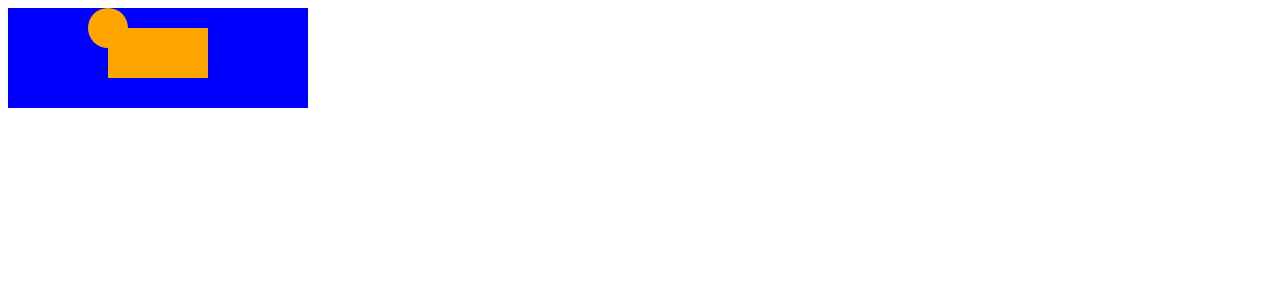
Repository: ajaytech/D3-sample-code
Page: D3 codes/D3GeometricalShape.html
The author's editor kept a record of every edit. The page is drawn from the files as they stood at one moment, then again after the next edit.
The browser window is 1280 px wide. The pictures show the whole page.

Above is the page before.

After the next edit:
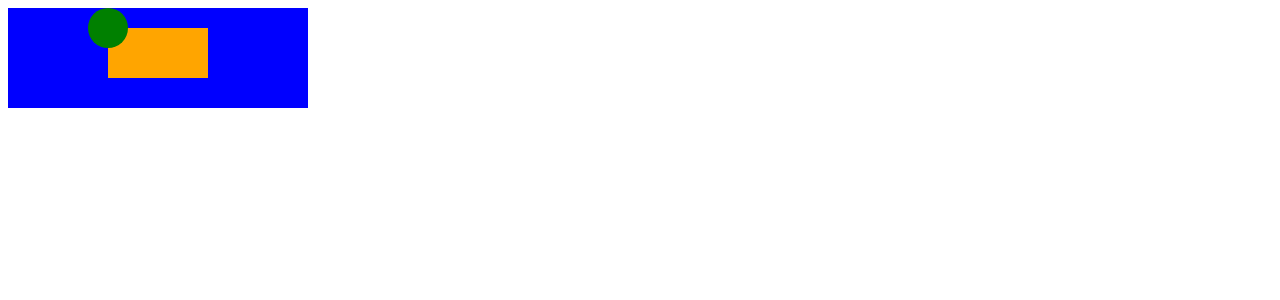
The edit:
--- a/D3 codes/D3GeometricalShape.html
+++ b/D3 codes/D3GeometricalShape.html
@@ -21,7 +21,7 @@
             .attr("r","20px")
             .attr("cx","100px")
             .attr("cy","20px")
-            .style("fill","orange");
+            .style("fill","green");
 
 
 </script>
